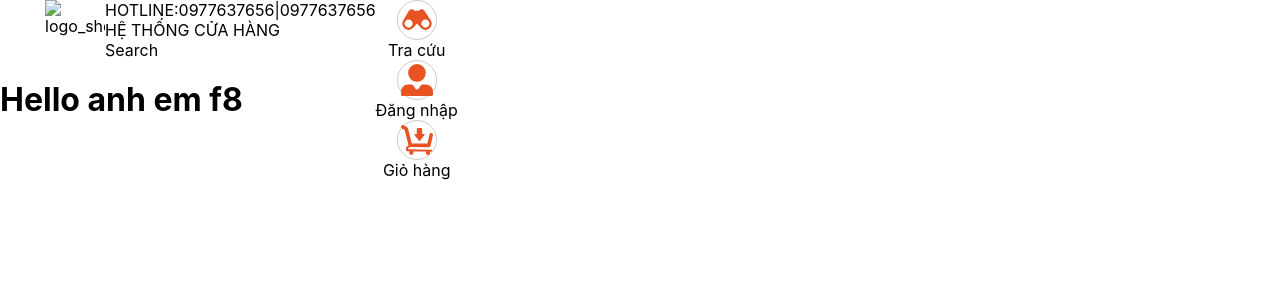
Repository: manhhieu120499/BadmintonShop
Page: /
The author's editor kept a copy of each file at every save. The page is drawn from the files as they stood at one save, then again after the next save.
The browser window is 1280 px wide. The pictures show the whole page.
The project was rebuilt for these pictures with package versions that can differ from the ones it lists, and the page was loaded fresh each time.

Above is the page before, as saved 2024-08-19 09:49:03.

After the next save:
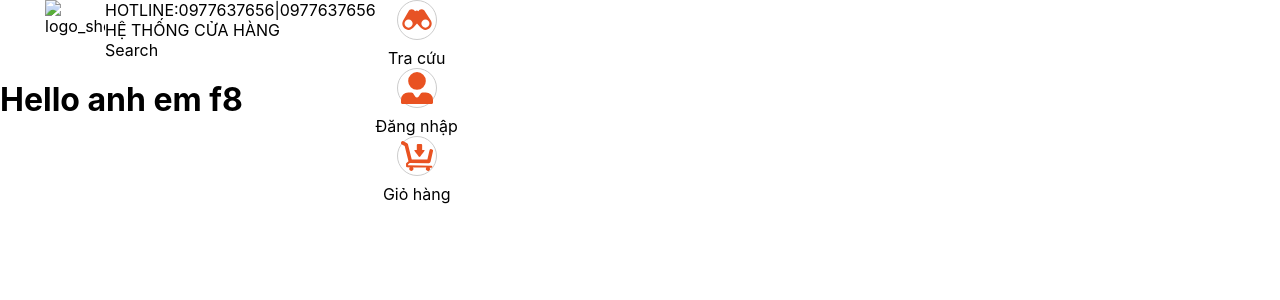
Saved 16 s later.
--- a/src/components/Button/Button.module.scss
+++ b/src/components/Button/Button.module.scss
@@ -13,3 +13,7 @@
 	align-items: center;
 	justify-content: center;
 }
+
+.title {
+	margin-top: 8px;
+}
